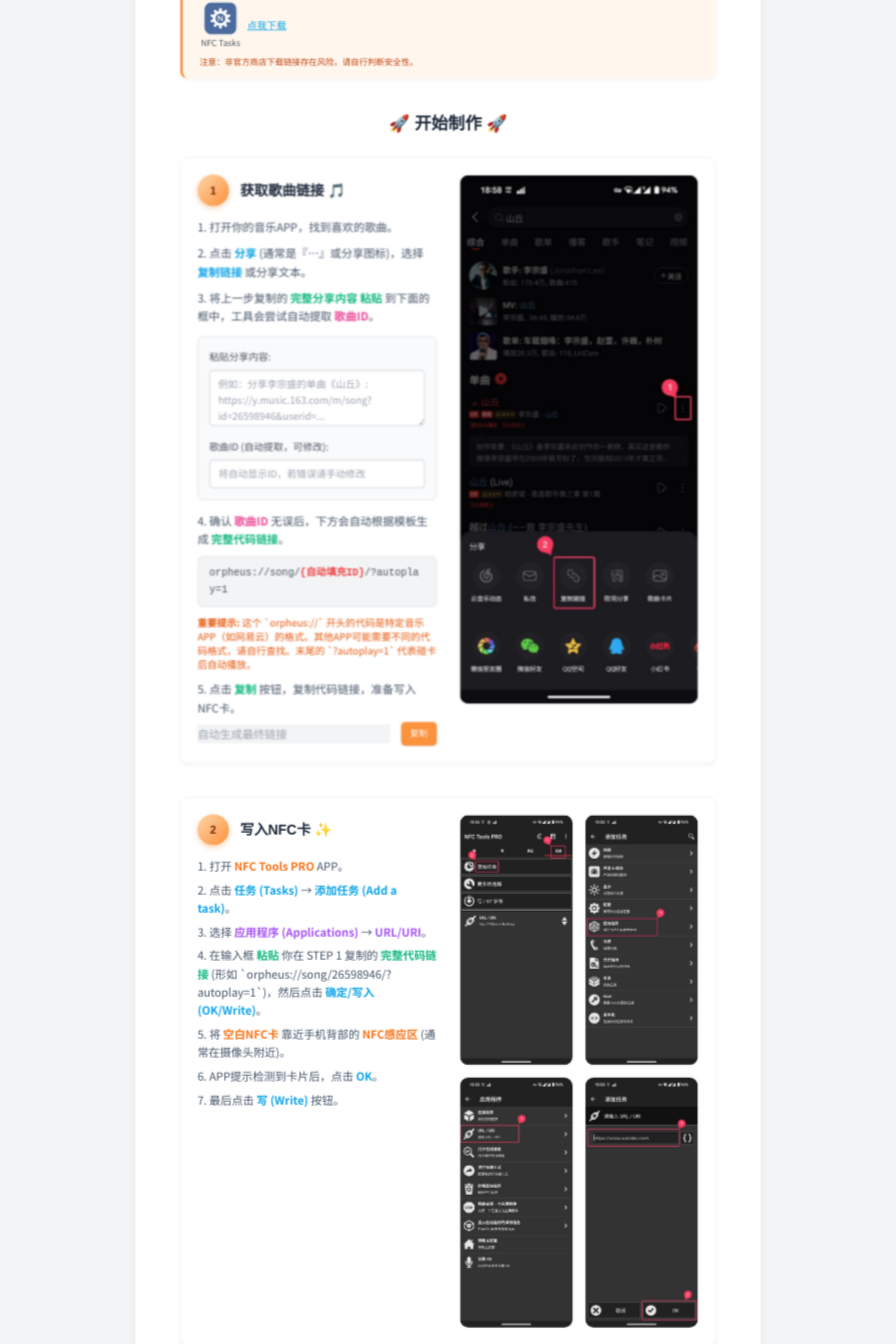
Repository: jememouse/nfc-music-card
Page: andriod-nfc.html
An editor plug-in stored every save of this project. The page is shown before and after the next save, followed by the edit.
The browser window is 1280 px wide. The pictures show the part of the page from y = 436 to 2356 px (the page is 2695 px tall before and 4120 px after), at 70% of full size.
Some web fonts or font styles are not loaded; a fallback is used. Some web libraries are served in a nearby version.

Above is the page before, as saved 2025-04-30 15:36:54.

After the next save:
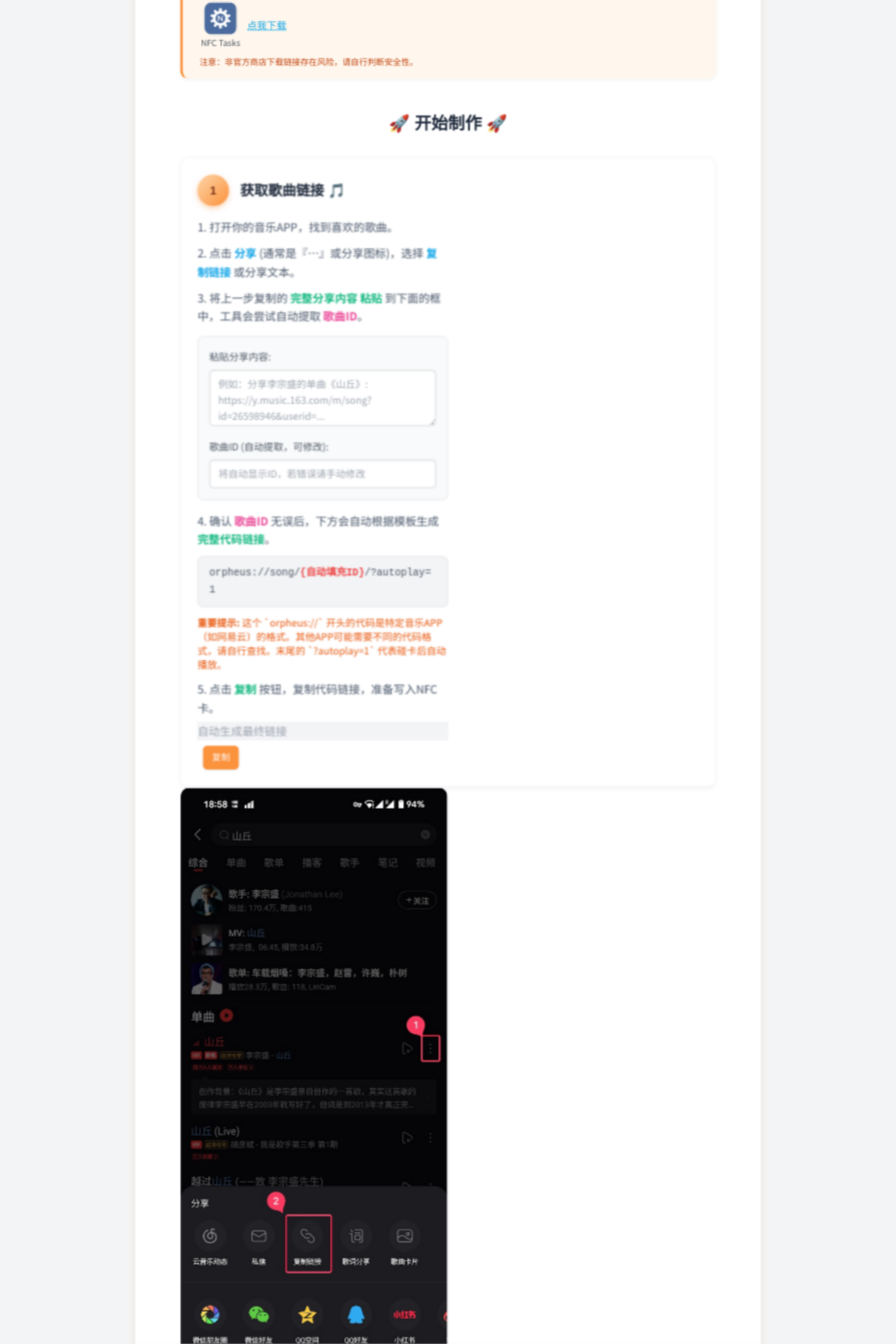
Saved 64 s later.
--- a/andriod-nfc.html
+++ b/andriod-nfc.html
@@ -393,9 +393,11 @@
                              <div class="text-sm text-orange-600 my-2"><strong>重要提示:</strong> 这个 `orpheus://` 开头的代码是特定音乐APP（如网易云）的格式。其他APP可能需要不同的代码格式，请自行查找。末尾的 `?autoplay=1` 代表碰卡后自动播放。</div>
                         </li>
                         <li>点击 <strong class="accent-green">复制</strong> 按钮，复制代码链接，准备写入NFC卡。
-                            <div class="flex items-center mt-2">
-                                <input type="text" id="finalLinkOutput" readonly placeholder="自动生成最终链接" class="flex-grow mr-2">
-                                <button id="copyButton" class="copy-button">复制</button>
+                            <div class="mt-2"></div>
+                                <input type="text" id="finalLinkOutput" readonly placeholder="自动生成最终链接" class="w-full mb-2">
+                                <div class="text-right"></div>
+                                    <button id="copyButton" class="copy-button">复制</button>
+                                </div>
                             </div>
                         </li>
                     </ol>
